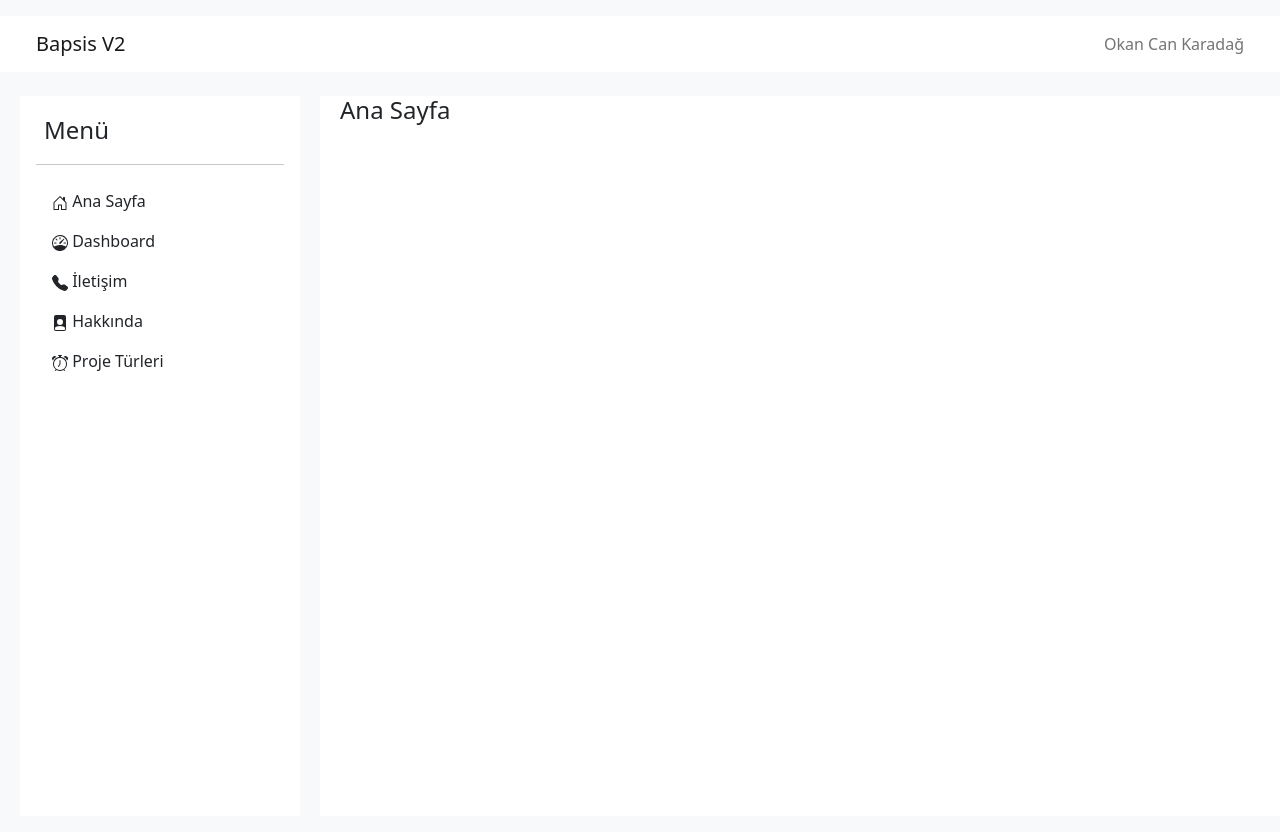
Repository: okankrdg/ReactCoreTemplate
Page: / (app in ReactCoreTemplate/client/)
The author's editor kept a copy of each file at every save. The page is drawn from the files as they stood at one save, then again after the next save.
The browser window is 1280 px wide. The pictures show the whole page.
The project was rebuilt for these pictures with package versions that can differ from the ones it lists, and the page was loaded fresh each time. Also part of the build but not shown: ReactCoreTemplate/client/src/App.css, ReactCoreTemplate/client/src/Pages/ProjectTypes.js.

Above is the page before, as saved 2021-09-06 23:39:21.

After the next save:
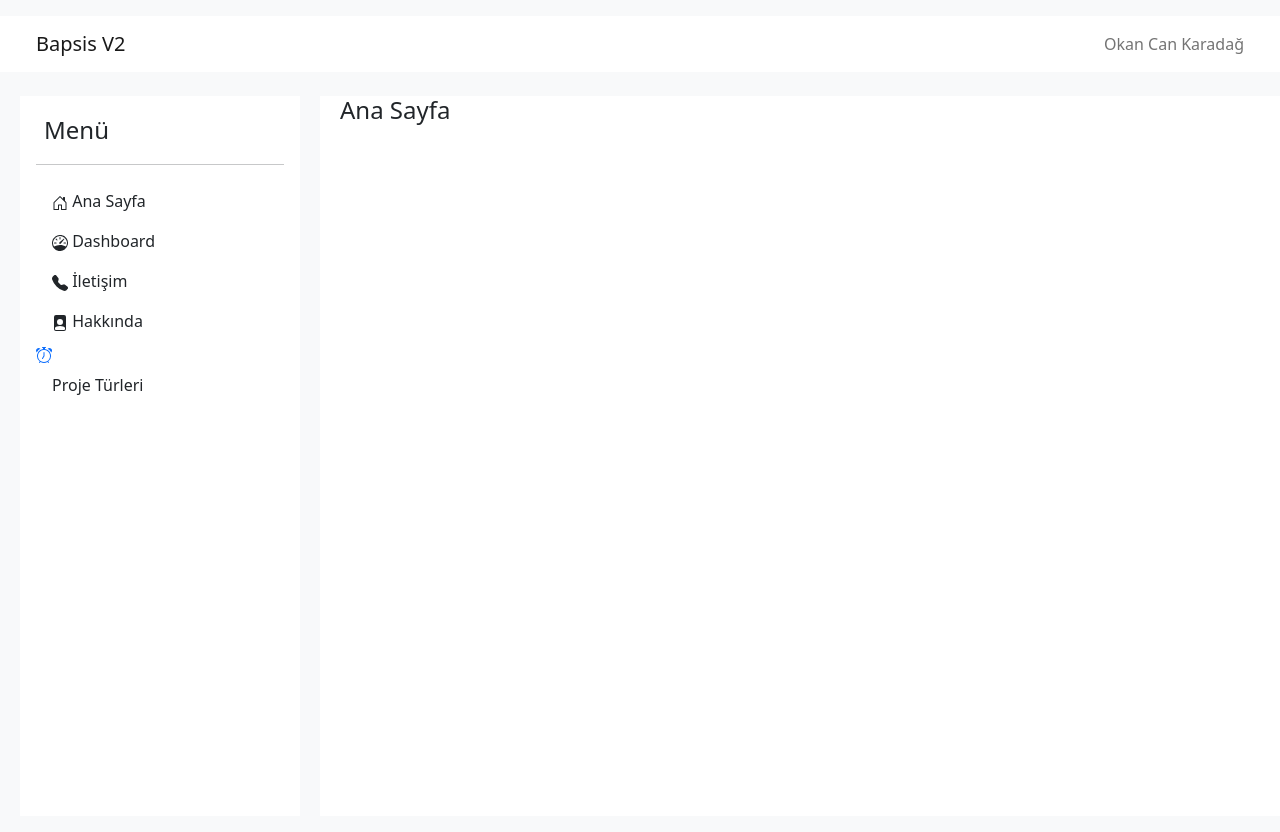
Saved 113 s later.
--- a/ReactCoreTemplate/client/src/components/NavigationMenu.js
+++ b/ReactCoreTemplate/client/src/components/NavigationMenu.js
@@ -41,9 +41,8 @@
         </li>
         <li>
           <Link to="/projecttypes" className="text-decoration-none">
-            <button className="nav-link link-dark">
-              <Icon.Alarm /> Proje Türleri
-            </button>
+            <Icon.Alarm />
+            <button className="nav-link link-dark">Proje Türleri</button>
           </Link>
         </li>
       </ul>

After the save that followed:
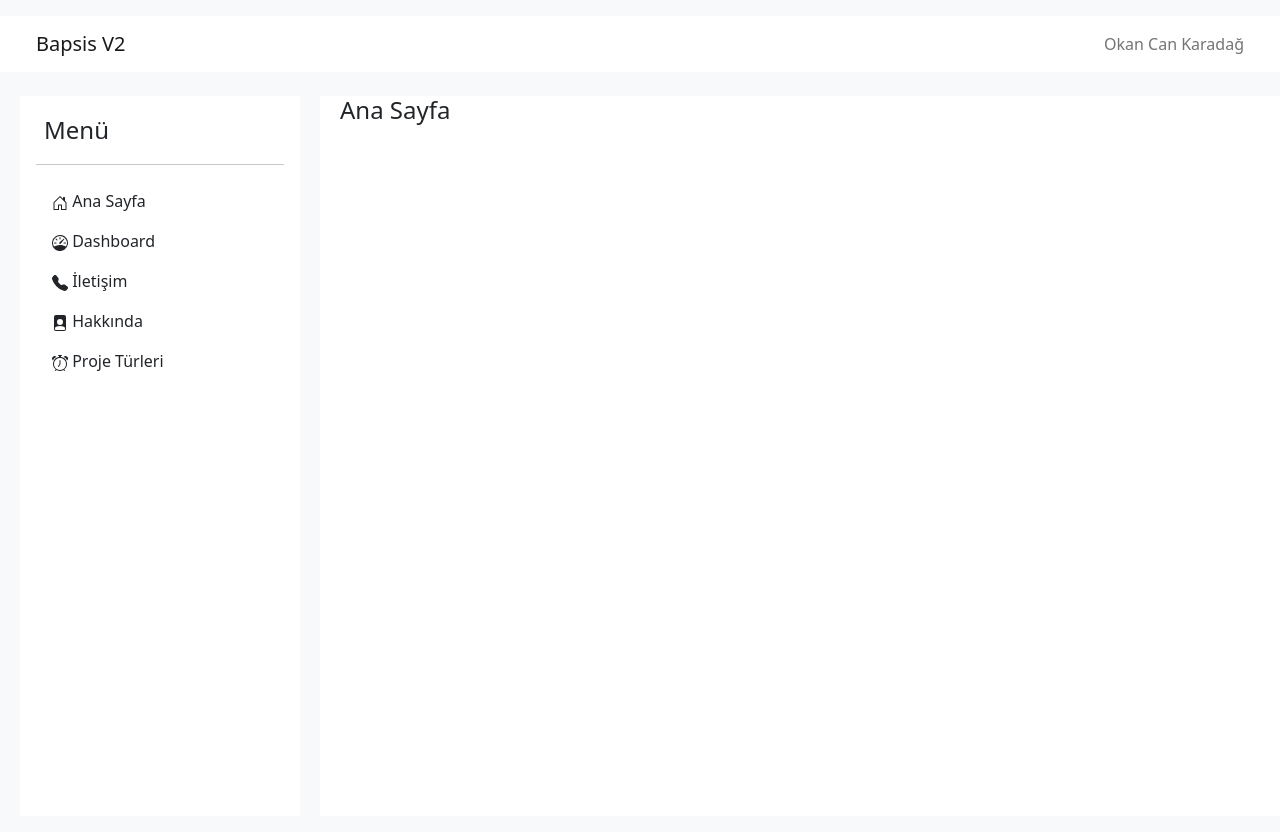
Saved 10 s later.
--- a/ReactCoreTemplate/client/src/components/NavigationMenu.js
+++ b/ReactCoreTemplate/client/src/components/NavigationMenu.js
@@ -41,8 +41,9 @@
         </li>
         <li>
           <Link to="/projecttypes" className="text-decoration-none">
-            <Icon.Alarm />
-            <button className="nav-link link-dark">Proje Türleri</button>
+            <button className="nav-link link-dark">
+              <Icon.Alarm /> Proje Türleri
+            </button>
           </Link>
         </li>
       </ul>
